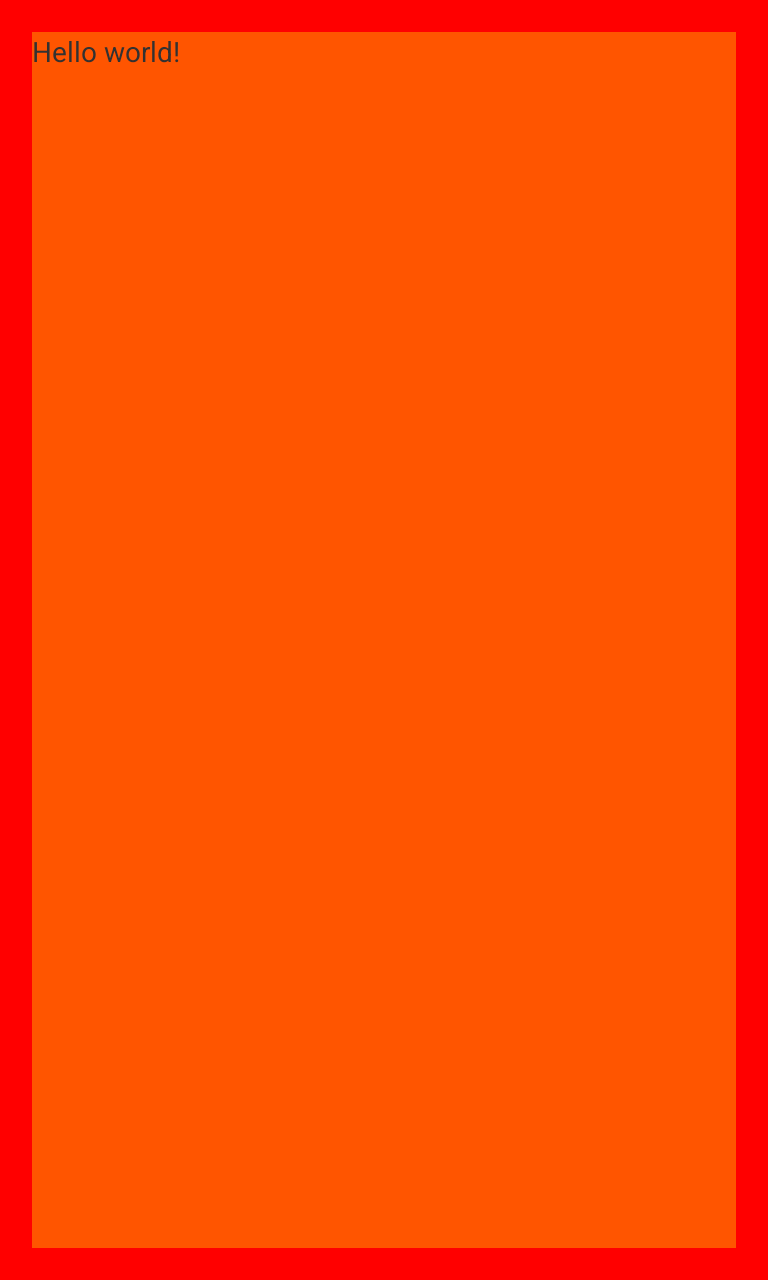
Repository: ablanchard/formation-android
Layout: ParlezVousAndroid/res/layout/fragment_main.xml
These files come from the project's save history. The layout is drawn as it stood at one moment and after the next save; the edit follows.
It is drawn on a 768 x 1280 px phone screen (xhdpi) without system bars, with theme AppTheme; the app's code is not run.

Above is the layout before, as saved 2014-04-29 08:10:57.

### ParlezVousAndroid/res/layout/fragment_main.xml
<RelativeLayout xmlns:android="http://schemas.android.com/apk/res/android"
    xmlns:tools="http://schemas.android.com/tools"
    android:layout_width="match_parent"
    android:layout_height="match_parent"
    android:paddingBottom="@dimen/activity_vertical_margin"
    android:paddingLeft="@dimen/activity_horizontal_margin"
    android:paddingRight="@dimen/activity_horizontal_margin"
    android:paddingTop="@dimen/activity_vertical_margin"
    android:background="#FFFF0000"
    tools:context="com.example.parlezvousandroid.MainActivity$PlaceholderFragment" >

    <LinearLayout
    android:layout_width="match_parent"
    android:layout_height="match_parent/5"
    android:background="#FFFFFF00"

        ></LinearLayout>
     <LinearLayout
    android:layout_width="match_parent"
    android:layout_height="match_parent"
    android:background="#FFFF5500"

        ></LinearLayout>
      <LinearLayout
    android:layout_width="match_parent"
    android:layout_height="match_parent/5"
    android:background="#FF55FF00"

        ></LinearLayout>
    <TextView
        android:layout_width="wrap_content"
        android:layout_height="wrap_content"
        android:text="@string/hello_world" />

</RelativeLayout>

### ParlezVousAndroid/res/values/strings.xml
<?xml version="1.0" encoding="utf-8"?>
<resources>

    <string name="app_name">ParlezVousAndroid</string>
    <string name="hello_world">Hello world!</string>
    <string name="action_settings">Settings</string>

</resources>

Loaded but not shown: ParlezVousAndroid/res/values/styles.xml (common file); ParlezVousAndroid/res/values-v11/styles.xml (common file); ParlezVousAndroid/res/values-v14/styles.xml (common file); ParlezVousAndroid/res/values/dimens.xml (common file); ParlezVousAndroid/res/values-w820dp/dimens.xml (common file)

After the next save:
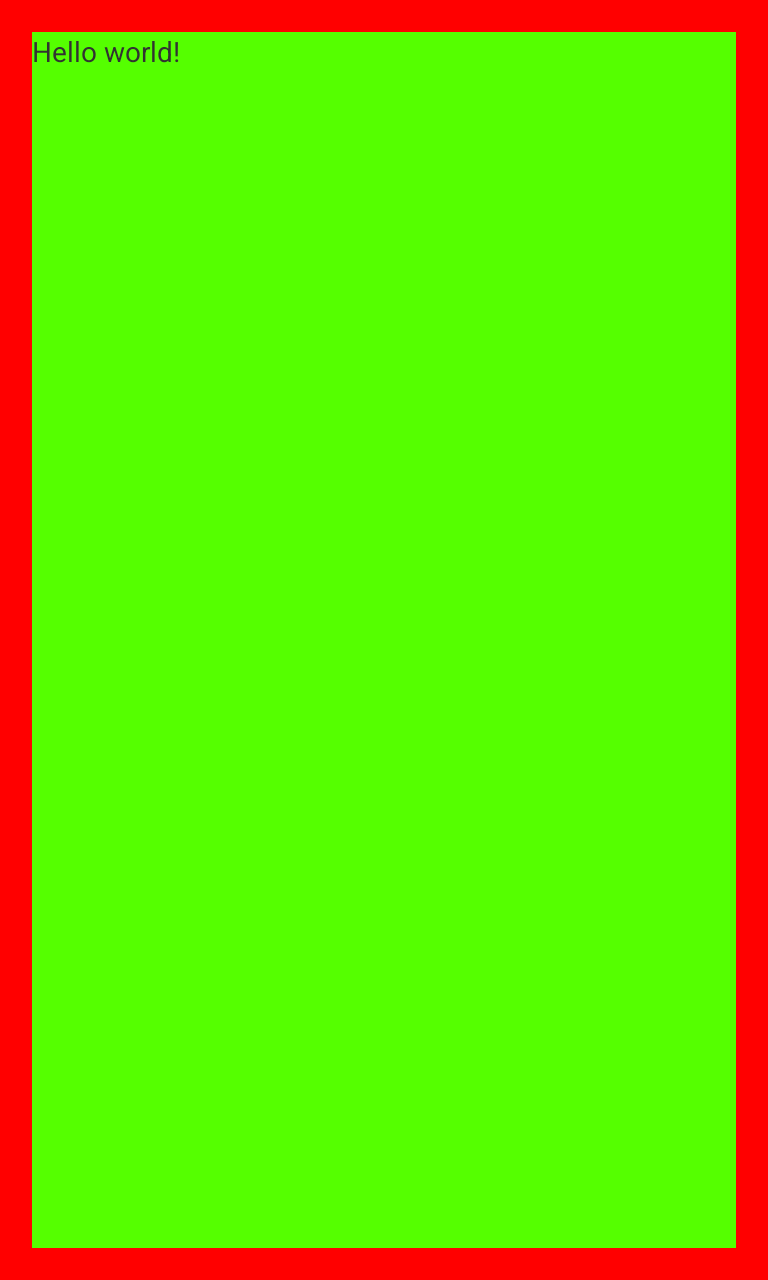
Saved 29 s later.
--- a/ParlezVousAndroid/res/layout/fragment_main.xml
+++ b/ParlezVousAndroid/res/layout/fragment_main.xml
@@ -11,7 +11,7 @@
 
     <LinearLayout
     android:layout_width="match_parent"
-    android:layout_height="match_parent/5"
+    android:layout_height="match_parent"
     android:background="#FFFFFF00"
 
         ></LinearLayout>
@@ -23,7 +23,7 @@
         ></LinearLayout>
       <LinearLayout
     android:layout_width="match_parent"
-    android:layout_height="match_parent/5"
+    android:layout_height="match_parent"
     android:background="#FF55FF00"
 
         ></LinearLayout>

After the 2 saves that followed:
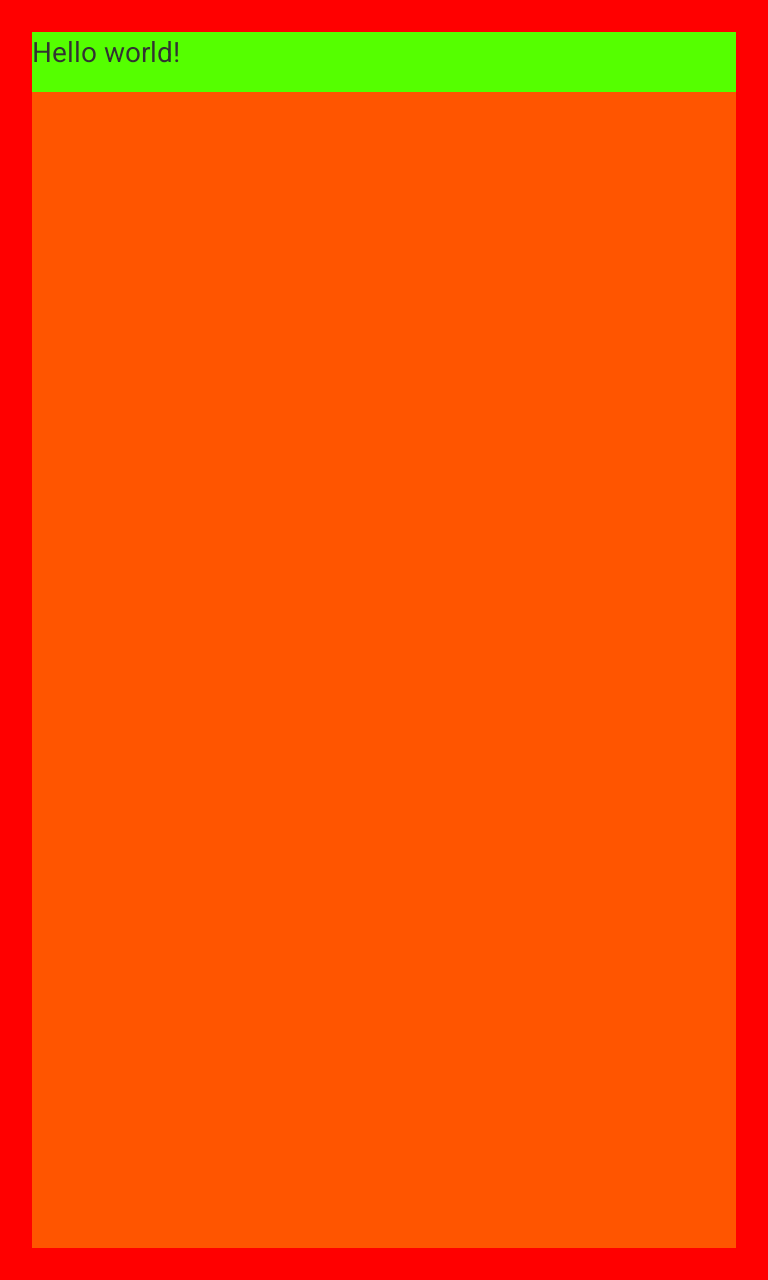
The 2 saves are shown as one change because 1 left the picture as it was.
The last was saved 8 min 55 s later.
--- a/ParlezVousAndroid/res/layout/fragment_main.xml
+++ b/ParlezVousAndroid/res/layout/fragment_main.xml
@@ -11,20 +11,22 @@
 
     <LinearLayout
     android:layout_width="match_parent"
-    android:layout_height="match_parent"
+    android:layout_height="30dp"
     android:background="#FFFFFF00"
-
+     android:orientation="vertical"
         ></LinearLayout>
      <LinearLayout
     android:layout_width="match_parent"
     android:layout_height="match_parent"
     android:background="#FFFF5500"
+     android:orientation="vertical"
 
         ></LinearLayout>
       <LinearLayout
     android:layout_width="match_parent"
-    android:layout_height="match_parent"
+    android:layout_height="30dp"
     android:background="#FF55FF00"
+     android:orientation="vertical"
 
         ></LinearLayout>
     <TextView
